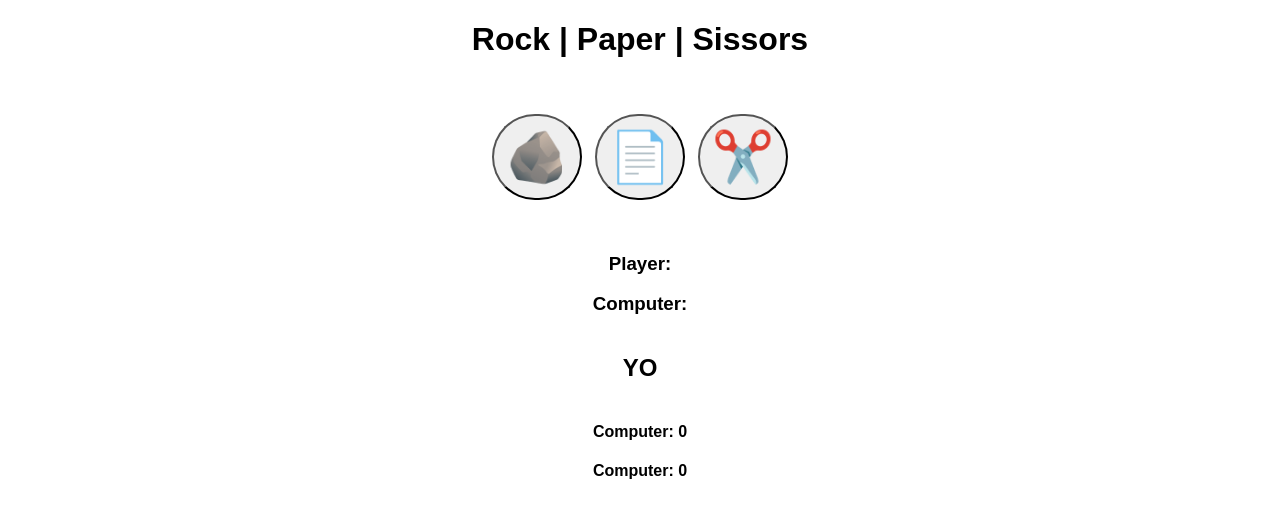
Repository: SakthivelDurai47/Rock-Paper-Sissors
Page: index.html
These files come from the project's save history. The page is drawn as it stood at one moment and after the next save; the edit follows.
The browser window is 1280 px wide. The pictures show the whole page.

Above is the page before, as saved 2025-04-14 22:11:25.

After the next save:
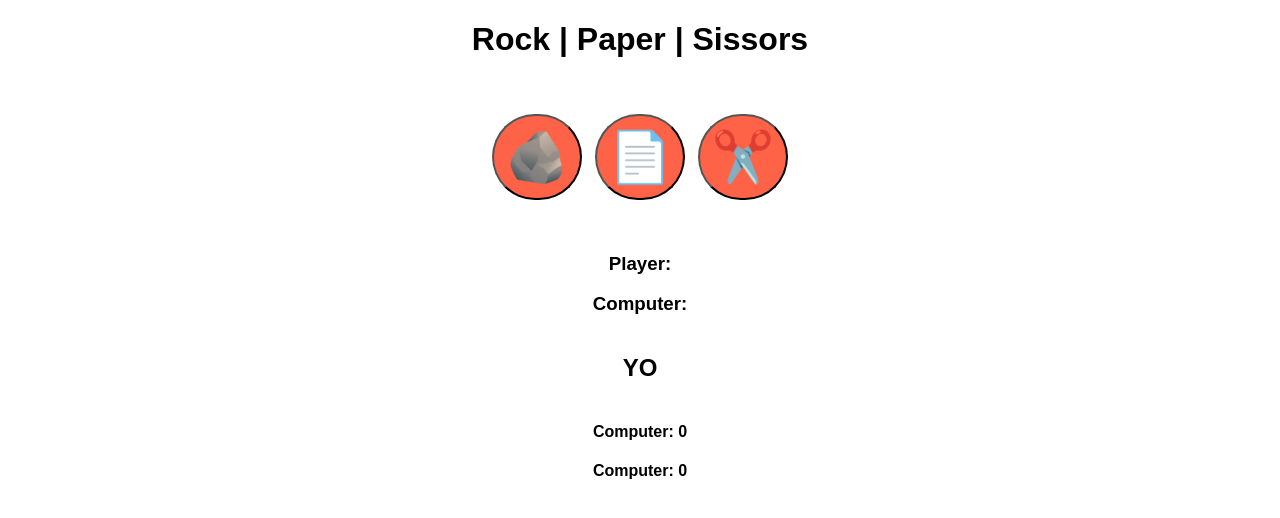
Saved 13 s later.
--- a/styles.css
+++ b/styles.css
@@ -14,4 +14,5 @@ button {
   font-size: 50px;
   padding: 12px;
   margin: 4px;
+  background-color: tomato;
 }
